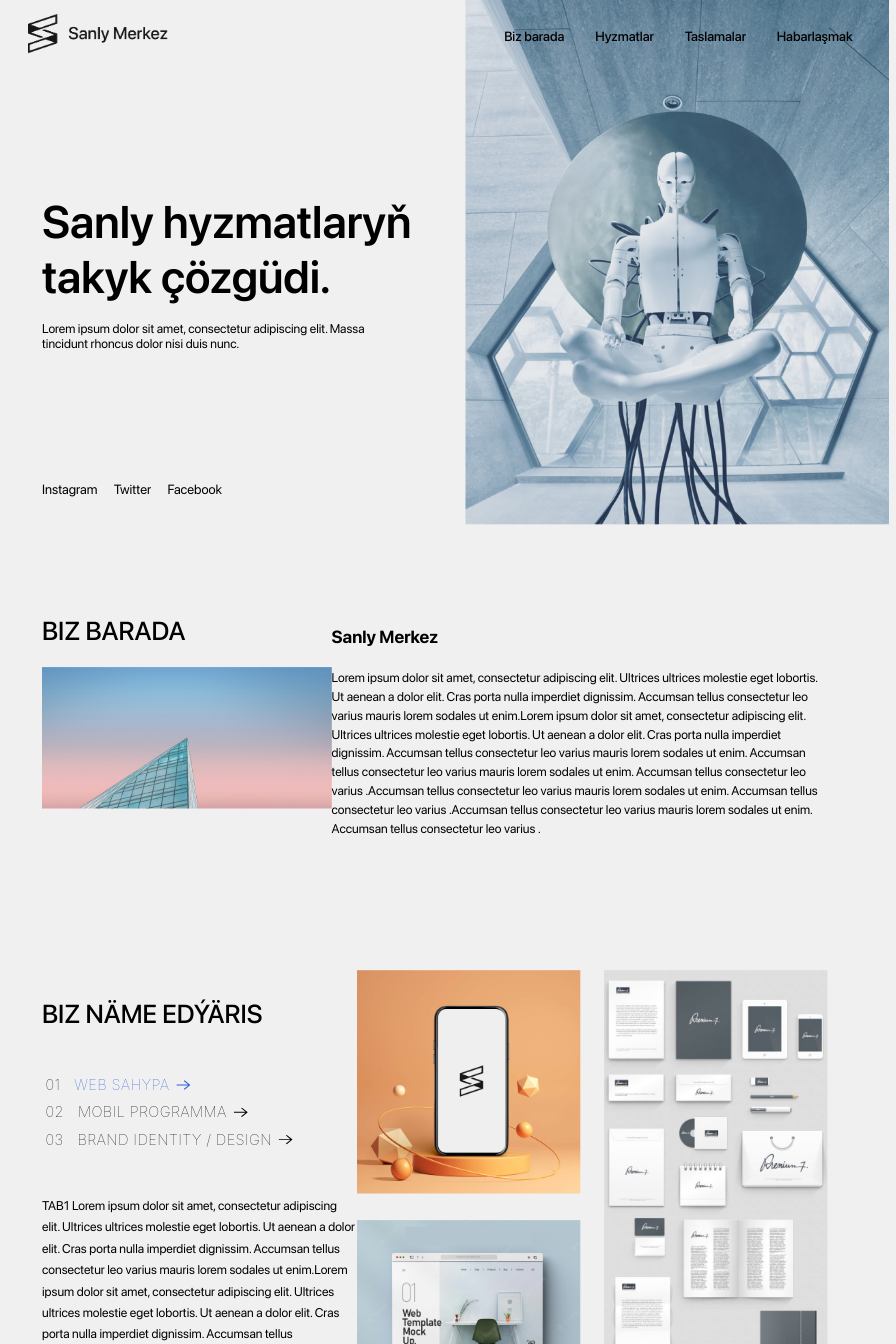
Repository: Meylis7/Sanly-Merkez-Web
Page: main.html
The author's editor kept a copy of each file at every save. The page is drawn from the files as they stood at one save, then again after the next save.
The browser window is 1280 px wide. The pictures show the part of the page from y = 0 to 1920 px (the page is 3635 px tall before and 3684 px after), at 70% of full size.
Some web fonts or font styles are not loaded; a fallback is used.

Above is the page before, as saved 2022-05-03 18:02:08.

After the next save:
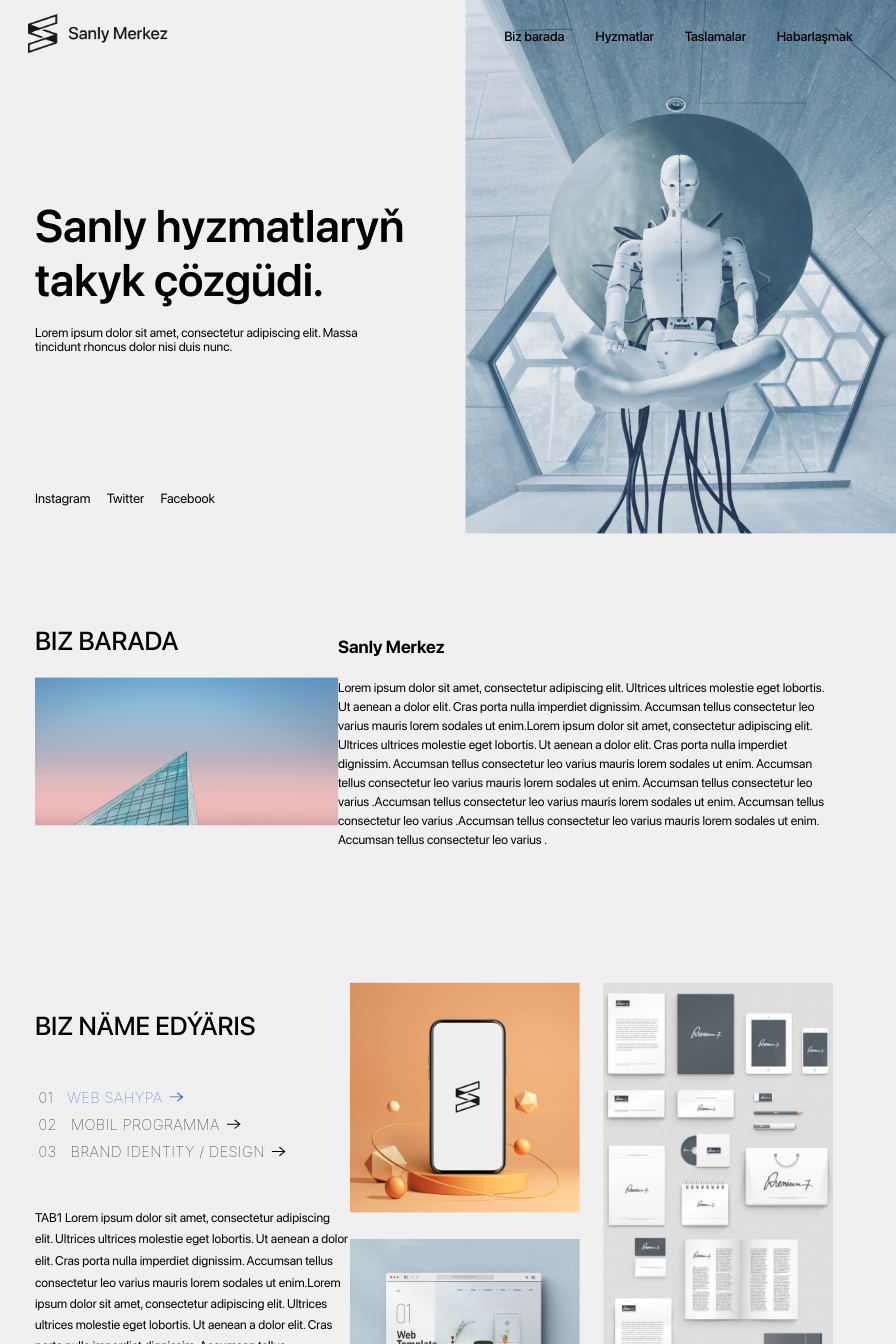
Saved 32 s later.
--- a/css/main.css
+++ b/css/main.css
@@ -291,7 +291,7 @@ header .btn{
   display: none;
 }
 .main-container{
-    max-width: 1260px;
+    max-width: 1400px;
     height: 100%;
     margin: 0 auto;
 }
